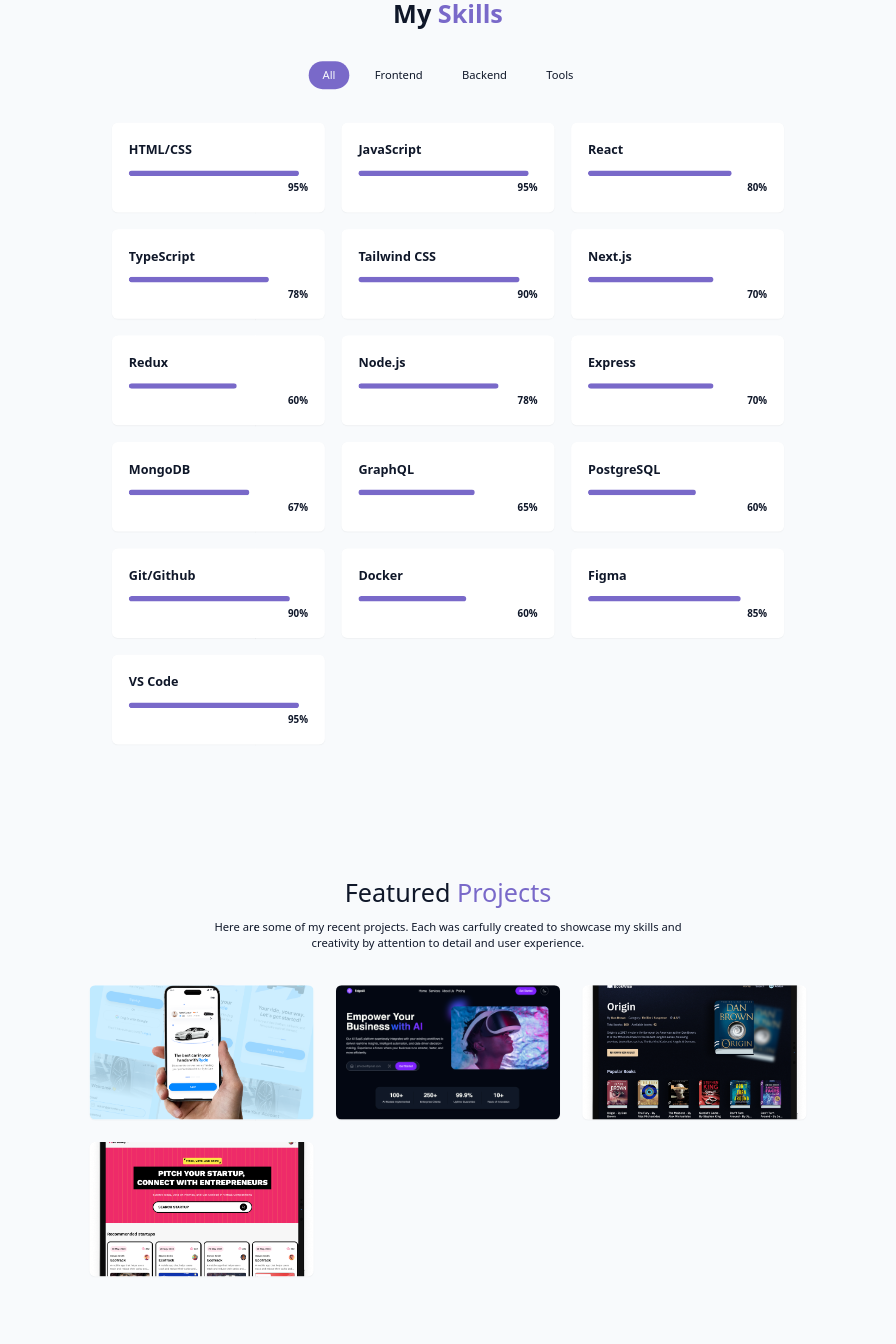
Repository: mOzariffard/Portfolio
Page: /
These files come from the project's save history. The page is drawn as it stood at one moment and after the next save; the edit follows.
The browser window is 1280 px wide. The pictures show the part of the page from y = 1648 to 3568 px (the page is 3568 px tall), at 70% of full size.
The project was rebuilt for these pictures with package versions that can differ from the ones it lists, and the page was loaded fresh each time. Also part of the build but not shown: vite.config.js, src/pages/NotFound.jsx.

Above is the page before, as saved 2025-06-29 19:51:30.

After the next save:
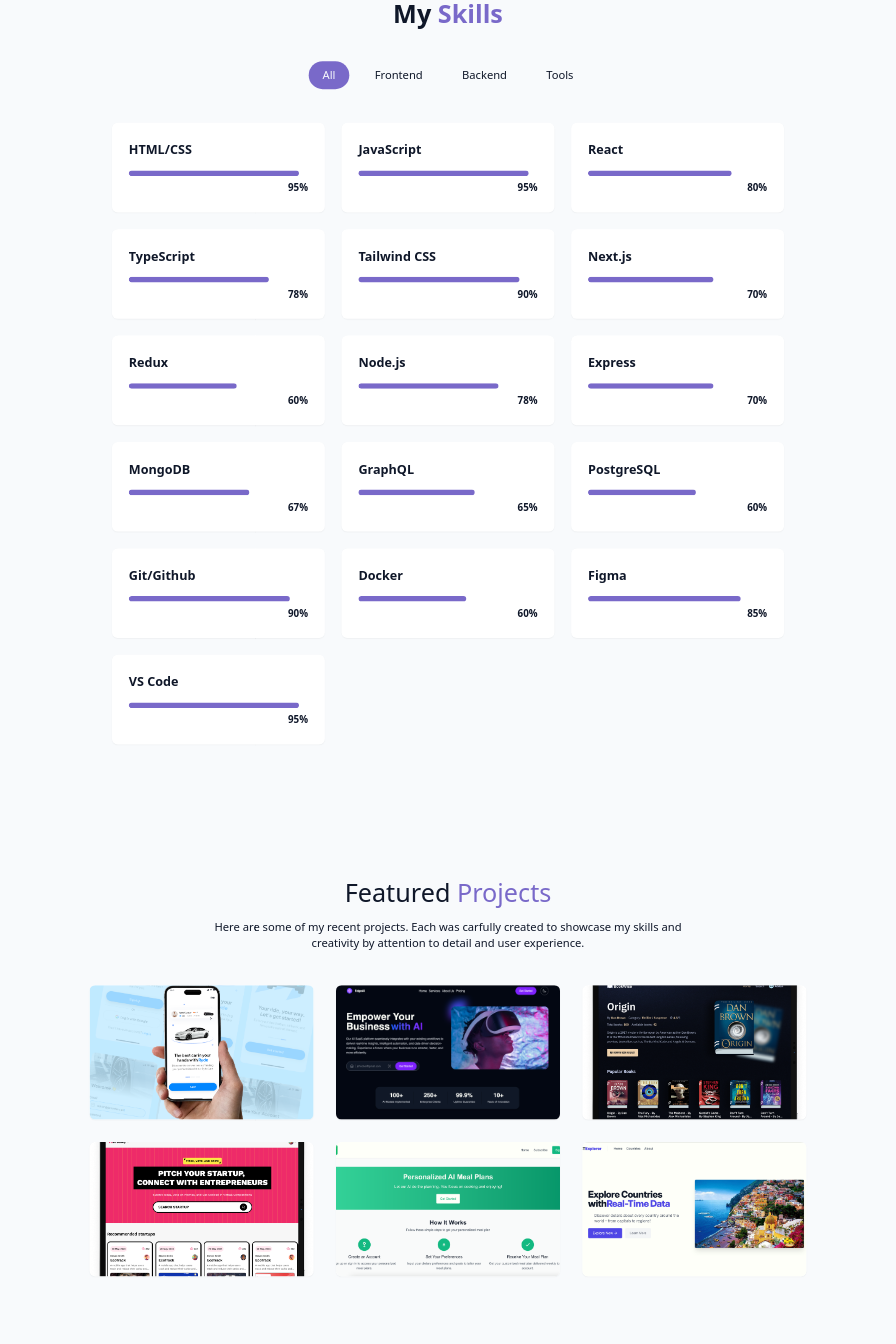
Saved 6 min 7 s later.
--- a/src/components/ProjectSection.jsx
+++ b/src/components/ProjectSection.jsx
@@ -28,13 +28,31 @@ const projects = [
         demoUrl: "#",
         gitHubUrl: "#"
     },
+    {
+        id: 4,
+        title: 'YC Dictionary - Dictionary App',
+        description: 'A dictionary app providing word definitions and synonyms.',
+        image: '/images/project4.png',
+        tag: ['React', 'Tailwind', 'Node.js', 'MongoDB'],
+        demoUrl: "#",
+        gitHubUrl: "#"
+    },
+    {
+        id: 5,
+        title: 'AI - Meals Planner',
+        description: 'An AI-powered meal planning application.',
+        image: '/images/project5.png',
+        tag: ['Next.js', 'Tailwind', 'Node.js' ],
+        demoUrl: "#",
+        gitHubUrl: "#"
+    },
 
     {
-        id:4 ,
-        title: 'YC Dictionary - Dictionary App',
-        description: ' A dictionary app providing word definitions and synonyms.',
-        image:'/images/project4.png',
-        tag: ['React', 'Tailwind', 'Node.js', 'MongoDB'],
+        id:6 ,
+        title: 'Rest Explore - Restaurant Finder',
+        description: ' A Rest Explore  .',
+        image:'/images/project6.png',
+        tag: ['Next.js','Tailwind', 'Node.js', 'MongoDB'],
         demoUrl: "#",
         gitHubUrl: "#"
     }
